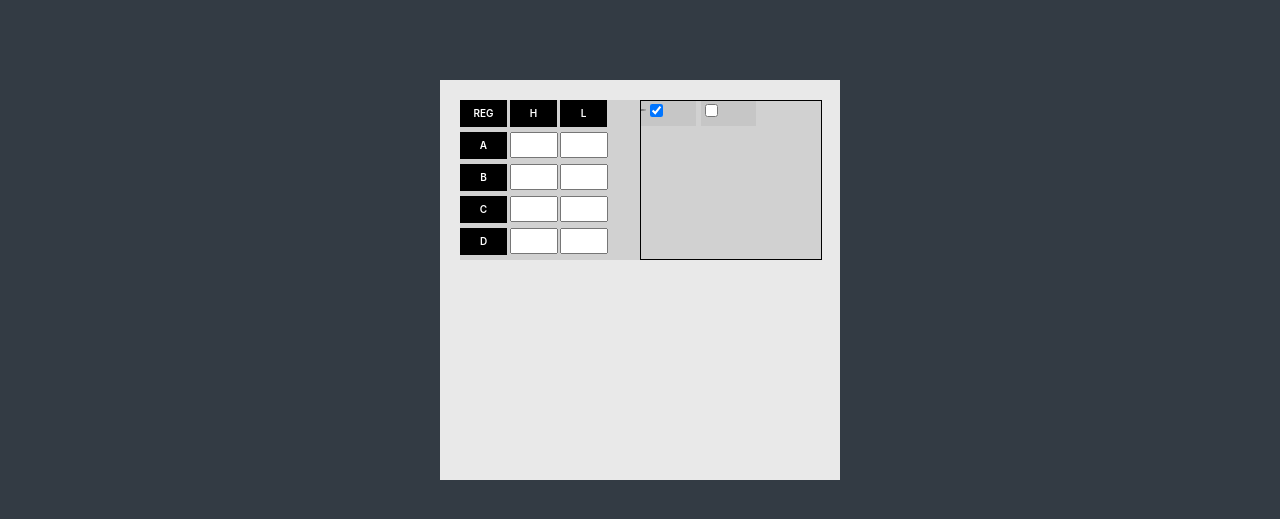
Repository: piookr-wsei/8086
Page: /
An editor plug-in stored every save of this project. The page is shown before and after the next save, followed by the edit.
The browser window is 1280 px wide. The pictures show the whole page.
The project was rebuilt for these pictures with package versions that can differ from the ones it lists, and the page was loaded fresh each time.

Above is the page before, as saved 2022-06-18 20:03:39.

### src/App.js

import './App.css';
import { RegDesc, RegInput, RegWrapper, UiWindow, UiWrapper, SettingsWrapper, Labels, CheckWrapper } from './Components/Components.elements';

function OpChange(){
  return(
    <>
    <Labels>
      <CheckWrapper>
        MOV
        <input type="checkbox"  defaultChecked style={{verticalAlign: "middle"}}/>
      </CheckWrapper>
      <CheckWrapper>
        <input type="checkbox"/>
      </CheckWrapper>
    </Labels>
    </>
    )
  }





function App() {
  return (
    <div className="App">
      <UiWindow>
        <UiWrapper>
          <RegWrapper>
            <RegDesc textContent={"REG"}/>  <RegDesc textContent={"H"}/>  <RegDesc textContent={"L"}/>

            <RegDesc textContent={"A"}/>  <RegInput maxLength={2}/> <RegInput maxLength={2}/>
            <RegDesc textContent={"B"}/>  <RegInput maxLength={2}/> <RegInput maxLength={2}/>
            <RegDesc textContent={"C"} />  <RegInput maxLength={2}/> <RegInput maxLength={2}/>
            <RegDesc textContent={"D"}/>  <RegInput maxLength={2}/> <RegInput maxLength={2}/>
          </RegWrapper>

          <SettingsWrapper>
            <OpChange/>
          </SettingsWrapper>

        </UiWrapper>
      </UiWindow>

    </div>
  );
}

export default App;

### src/App.css
body{
  height: 100%;
  background: rgba(1, 10, 22, 0.8);
}
.App {

}

.App-logo {
  height: 40vmin;
  pointer-events: none;
}

@media (prefers-reduced-motion: no-preference) {
  .App-logo {
    animation: App-logo-spin infinite 20s linear;
  }
}

.App-header {
  background-color: #282c34;
  min-height: 100vh;
  display: flex;
  flex-direction: column;
  align-items: center;
  justify-content: center;
  font-size: calc(10px + 2vmin);
  color: white;
}

.App-link {
  color: #61dafb;
}

@keyframes App-logo-spin {
  from {
    transform: rotate(0deg);
  }
  to {
    transform: rotate(360deg);
  }
}

### src/Components/Components.elements.js
import styled from "styled-components";

export const UiWindow = styled.div`
height: 400px;
width: 400px;
background: rgb(233,233,233);
position: relative;
margin: auto;
top: 80px;
`

export const UiWrapper = styled.div`
border: 20px solid transparent;
display: grid;
grid-template-columns: 1fr 1fr;
`

export const RegWrapper = styled.div`
width: 180px;
background: rgba(0,0,0,0.1);
position: relative;
left: 0;
display: grid;
grid-template-columns: 50px 50px 50px;
`

export const RegInput = styled.input`
height: 20px;
width: 40px;
margin-bottom:5px;
text-align: center;
`

export const SettingsWrapper = styled.div`
width: 180px;
background: rgba(0,0,0,0.1);
position: relative;
right: 0;
display: grid;
grid-template-columns: 50px 50px 50px;
border: solid 1px black;
font-size: 2px;

`

export const RegDescSC = styled.div`
height: 27px;
width: 47px;
background: black;
margin-bottom:5px;
color: white;
font-weight: 600;
`

export const DescText = styled.p`
font-size: 10px;
text-align: center;
position: relative;
top: -3px;
`

export function RegDesc(props){
    return(
        <RegDescSC>
            <DescText>{props.textContent}</DescText>
        </RegDescSC>
    )
}

export const Labels = styled.div`
display: grid;
grid-template-columns: 60px 60px 60px;
`

export const CheckWrapper = styled.div`
background: rgba(0,0,0,0.05);
width: 55px;
height: 25px;
`

Loaded but not shown: public/index.html (common file); src/index.js (common file); src/index.css (common file); src/reportWebVitals.js (common file)

After the next save:
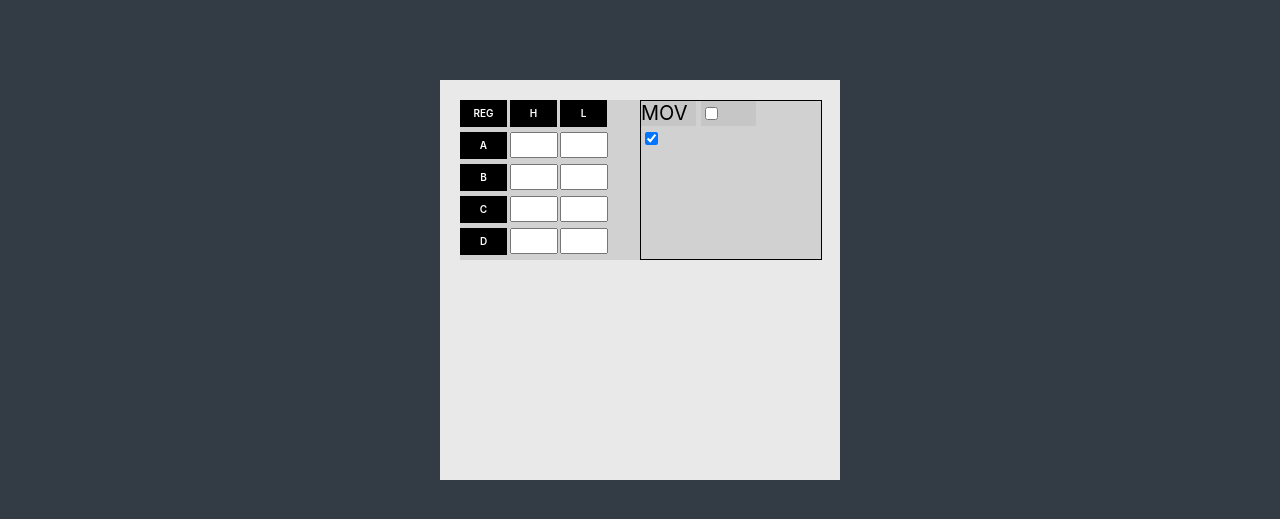
Saved 5 s later.
--- a/src/Components/Components.elements.js
+++ b/src/Components/Components.elements.js
@@ -39,7 +39,7 @@ right: 0;
 display: grid;
 grid-template-columns: 50px 50px 50px;
 border: solid 1px black;
-font-size: 2px;
+font-size: 20px;
 
 `
 
